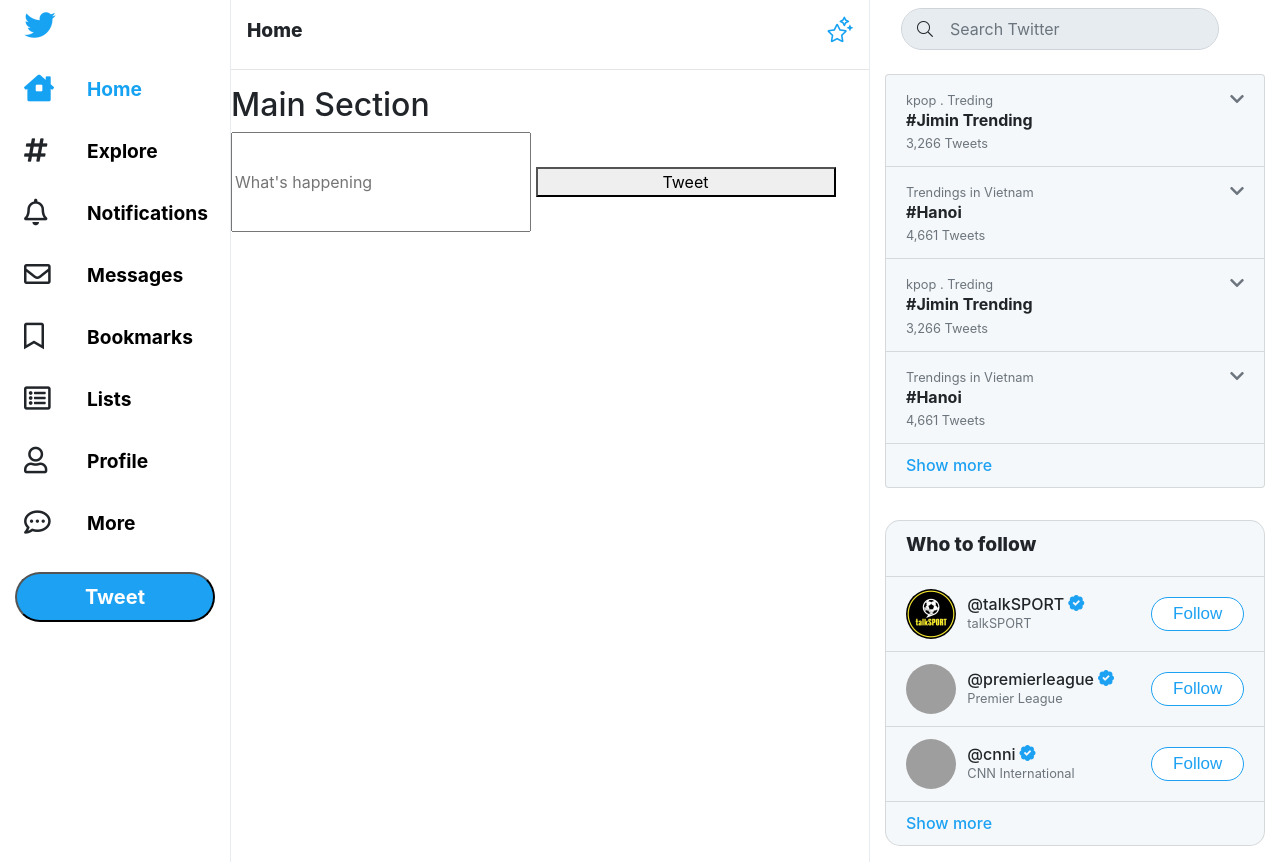
Repository: tts2610/Twitter-clone
Page: index.html
The author's editor kept a copy of each file at every save. The page is drawn from the files as they stood at one save, then again after the next save.
The browser window is 1280 px wide. The pictures show the whole page.
Pictures or frames that could not be fetched are drawn as grey boxes.

Above is the page before, as saved 2020-05-23 15:55:28.

### index.html
<!DOCTYPE html>
<html lang="en">

<head>
    <meta charset="UTF-8">
    <!-- <meta name="viewport" content="width=device-width, initial-scale=1.0"> -->
    <title>Document</title>
    <link rel="stylesheet" href="css/style.css">
    <!-- Latest compiled and minified CSS -->
    <link rel="stylesheet" href="https://maxcdn.bootstrapcdn.com/bootstrap/4.5.0/css/bootstrap.min.css">

    <!-- jQuery library -->
    <script src="https://ajax.googleapis.com/ajax/libs/jquery/3.5.1/jquery.min.js"></script>

    <!-- Popper JS -->
    <script src="https://cdnjs.cloudflare.com/ajax/libs/popper.js/1.16.0/umd/popper.min.js"></script>

    <!-- Latest compiled JavaScript -->
    <script src="https://maxcdn.bootstrapcdn.com/bootstrap/4.5.0/js/bootstrap.min.js"></script>

    <!-- <link rel="stylesheet" crossorigin="anonymous" href="https://use.fontawesome.com/releases/v5.6.3/css/all.css" integrity="sha384-UHRtZLI+pbxtHCWp1t77Bi1L4ZtiqrqD80Kn4Z8NTSRyMA2Fd33n5dQ8lWUE00s/" /> -->
    <link rel="stylesheet" href="css/all.css">

</head>


<body>
    <div class="container" style="width: 100%;">
        <div class="row">
            <div class="col-3 pr-5">
                <div class="row">
                    <div class="col"><img src="/img/twt-logo1.png" alt="twitter-logo" width="50" height="50"></div>
                </div>
                <div class="row my-3">
                    <div id="outerMenuContainer" style="color: #16a2f2;">
                        <div class="col-2 mr-4 py-2 px-4" style="font-size: 20px;"><i class="fas fa-house fa-lg"></i></div>
                        <div class="col-10 py-2" style="margin-right: 0px;padding-right: 0px;font-weight: 700;font-size: larger;"> <a href="#Home" style="color: #16a2f2;">Home</a></div>
                    </div>

                </div>
                <div class="row my-3">
                    <div id="outerMenuContainer">
                        <div class="col-2 mr-4 py-2 px-4" style="font-size: 20px;"><i class="fas fa-hashtag fa-lg"></i></div>
                        <div class="col-10" style="margin-right: 0px;padding-right: 0px;font-weight: 700;font-size: larger;"><a href="#services">Explore</a></div>

                    </div>
                </div>
                <div class="row my-3">
                    <div id="outerMenuContainer">
                        <div class="col-2 mr-4 py-2 px-4" style="font-size: 20px;"><i class="far fa-bell fa-lg"></i></div>
                        <div class="col-10" style="margin-right: 0px;padding-right: 0px;font-weight: 700;font-size: larger;"><a href="#clients">Notifications</a></div>

                    </div>
                </div>
                <div class="row my-3">
                    <div id="outerMenuContainer">
                        <div class="col-2 mr-4 py-2 px-4" style="font-size: 20px;"><i class="far fa-envelope fa-lg"></i></div>
                        <div class="col-10" style="margin-right: 0px;padding-right: 0px;font-weight: 700;font-size: larger;"><a href="#contact">Messages</a></div>
                    </div>
                </div>
                <div class="row my-3">
                    <div id="outerMenuContainer">
                        <div class="col-2 mr-4 py-2 px-4" style="font-size: 20px;"><i class="far fa-bookmark fa-lg"></i></div>
                        <div class="col-10" style="margin-right: 0px;padding-right: 0px;font-weight: 700;font-size: larger;"><a href="#clients">Bookmarks</a></div>
                    </div>
                </div>
                <div class="row my-3">
                    <div id="outerMenuContainer">
                        <div class="col-2 mr-4 py-2 px-4" style="font-size: 20px;"><i class="far fa-list-alt fa-lg"></i></div>
                        <div class="col-10" style="margin-right: 0px;padding-right: 0px;font-weight: 700;font-size: larger;"><a href="#contact">Lists</a></div>
                    </div>
                </div>
                <div class="row my-3">
                    <div id="outerMenuContainer">
                        <div class="col-2 mr-4 py-2 px-4" style="font-size: 20px;"><i class="far fa-user fa-lg"></i></div>
                        <div class="col-10" style="margin-right: 0px;padding-right: 0px;font-weight: 700;font-size: larger;"><a href="#clients">Profile</a></div>
                    </div>
                </div>
                <div class="row my-3">
                    <div id="outerMenuContainer">
                        <div class="col-2 mr-4 py-2 px-4" style="font-size: 20px;"><i class="far fa-comment-dots fa-lg"></i></div>
                        <div class="col-10" style="margin-right: 0px;padding-right: 0px;font-weight: 700;font-size: larger;"><a href="#contact">More</a></div>
                    </div>
                </div>
                <div class="row my-3">
                    <div class="col"><button class="tweetbtn" href="#">Tweet</button></div>
                </div>
            </div>

            <div class="col-6" style="border-right: #e6ecf0 solid 1px; border-left: #e6ecf0 solid 1px; padding-left: 0px; padding-right: 0px;">
                <nav class="navbar sticky-top navbar-light my-2" id="leftNav">
                    <span>Home</span>
                    <span style="color: #16a2f2;"><i class="fal fa-stars fa-lg"></i></span>
                </nav>
                <hr/>
                <div>
                    <h2>Main Section</h2>
                    <input type="text" id="tweetArea" placeholder="What's happening">
                    <button id="tweetBtn" onclick="post()">Tweet</button>
                    <span id="remain"></span>
                    <div id="content" class="mt-5">
                    </div>



                </div>
            </div>

            <div class="col-3">
                <nav class="navbar sticky-top navbar-light" id="rightNav">
                    <span style="position: absolute;z-index: 100;"><i class="fal fa-search ml-3"></i></span>
                    <div><input class="form-control mr-sm-2 pl-5" type="search" placeholder="Search Twitter" aria-label="Search" id="search"></div>
                </nav>
                <div id="trendings" class="py-3">
                    <ul class="list-group mb-3">
                        <!-- <li class="list-group-item d-flex justify-content-between lh-condensed header" style="border-radius: 15px 15px 0px 0px;" id="trendingHeader">
                            <div>
                                <div class="trends-header">Trends for you</div>
                            </div>
                            <span class="text-muted"><i class="fal fa-cog" style="COLOR: rgba(29,161,242,1.00); font-size: larger;"></i></span>
                        </li> -->
                        <li class="list-group-item d-flex justify-content-between lh-condensed content" id="trending1">
                            <div>
                                <small class="text-muted">Trendings in Vietnam</small>
                                <h6 class="my-0 hashtag">#Hanoi</h6>
                                <small class="text-muted">4,661 Tweets</small>
                            </div>
                            <span class="text-muted"><i class="fas fa-chevron-down"></i></span>
                        </li>
                        <li class="list-group-item d-flex justify-content-between lh-condensed content" id="trending2">
                            <div>
                                <small class="text-muted">kpop . Treding</small>
                                <h6 class="my-0 hashtag">#Jimin Trending</h6>
                                <small class="text-muted">3,266 Tweets</small>
                            </div>
                            <span class="text-muted"><i class="fas fa-chevron-down"></i></span>
                        </li>
                        <li class="list-group-item d-flex justify-content-between lh-condensed content" id="trending3">
                            <div>
                                <small class="text-muted">Trendings in Vietnam</small>
                                <h6 class="my-0 hashtag">#Hanoi</h6>
                                <small class="text-muted">4,661 Tweets</small>
                            </div>
                            <span class="text-muted"><i class="fas fa-chevron-down"></i></span>
                        </li>
                        <li class="list-group-item d-flex justify-content-between lh-condensed content" id="trending4">
                            <div>
                                <small class="text-muted">kpop . Treding</small>
                                <h6 class="my-0 hashtag">#Jimin Trending</h6>
                                <small class="text-muted">3,266 Tweets</small>
                            </div>
                            <span class="text-muted"><i class="fas fa-chevron-down"></i></span>
                        </li>
                        <li class="list-group-item d-flex justify-content-between lh-condensed content" style="border-radius: 0px 0px 15px 15px">
                            <div>
                                <h6 class="my-0"><a href="#" style="COLOR: rgba(29,161,242,1.00); text-decoration: none;">Show more</a></h6>
                            </div>
                        </li>
                    </ul>
                </div>

                <div id="whoToFollow" class="">
                    <ul class="list-group mb-3">
                        <li class="list-group-item d-flex justify-content-between lh-condensed" style="border-radius: 15px 15px 0px 0px;">
                            <div>
                                <h5 class="whoToFollow-header">Who to follow</h5>
                            </div>
                        </li>
                        <li class="list-group-item content">
                            <div class="row">
                                <div class="col-2">
                                    <img src="img/profileImages/talkSport.jpg" id="moreToFollowImg" alt="Avatar">
                                </div>
                                <div class="col-6">
                                    <div style="display: flex;">
                                        <h6 class="my-0 hashtag">@talkSPORT</h6>
                                        <i class="ml-1 fas fa-badge-check"></i>
                                    </div>

                                    <small class="text-muted">talkSPORT</small>

                                </div>
                                <div class="col-4">
                                    <a href="#" class="followBtn">Follow</a>
                                </div>
                            </div>
                        </li>
                        <li class="list-group-item content">
                            <div class="row">
                                <div class="col-2">
                                    <img src="https://d3pc1xvrcw35tl.cloudfront.net/ln/feedImages/643x481/bwpUoL-J_400x400_ckOpi7f_4RVQqqi_ZPjpFJN_cnPYP1e_202004.jpg" id="moreToFollowImg" alt="Avatar">
                                </div>
                                <div class="col-6">
                                    <div style="display: flex;">
                                        <h6 class="my-0 hashtag">@premierleague</h6>
                                        <i class="ml-1 fas fa-badge-check"></i>
                                    </div>

                                    <small class="text-muted">Premier League</small>

                                </div>
                                <div class="col-4">
                                    <a href="#" class="followBtn">Follow</a>
                                </div>
                            </div>
                        </li>
                        <li class="list-group-item content">
                            <div class="row">
                                <div class="col-2">
                                    <img src="https://upload.wikimedia.org/wikipedia/commons/thumb/6/66/CNN_International_logo.svg/1200px-CNN_International_logo.svg.png" id="moreToFollowImg" alt="Avatar">
                                </div>
                                <div class="col-6">
                                    <div style="display: flex;">
                                        <h6 class="my-0 hashtag">@cnni</h6>
                                        <i class="ml-1 fas fa-badge-check"></i>
                                    </div>

                                    <small class="text-muted">CNN International</small>

                                </div>
                                <div class="col-4">
                                    <a href="#" class="followBtn">Follow</a>
                                </div>
                            </div>
                        </li>
                        <li class="list-group-item d-flex justify-content-between lh-condensed content" style="border-radius: 0px 0px 15px 15px">
                            <div>
                                <h6 class="my-0"><a href="#" style="COLOR: rgba(29,161,242,1.00); text-decoration: none;">Show more</a></h6>
                            </div>
                        </li>
                    </ul>
                </div>
            </div>
        </div>
        <!-- END COL-3 -->
    </div>

    <script src="js/script.js"></script>
    <script src="js/moment.js"></script>
</body>

</html>

### css/style.css
* {
    box-sizing: border-box;
}

body {
    font-family: “Helvetica Neue”, Helvetica, Arial, sans-serif;
}


/* body .container {
    max-width: 80%;
    padding-left: 0px;
    padding-right: 0px;
} */


/* .container {
    width: 60%;
} */

@media (min-width: 1200px) {
    body .container {
        max-width: 100%;
    }
}


/* extra large devices */

@media screen and (min-width: 1800px) {
    body .container {
        max-width: 70%;
    }
}

.container .row .col-3 {
    max-width: 230px;
}

#leftNav {
    display: flex;
    justify-content: space-between;
    font-size: larger;
    font-weight: 800;
    background-color: white;
}

#rightNav {
    min-width: 380px;
    background-color: white;
}

#rightNav .input-group-prepend {
    background-color: white !important;
    color: white !important;
}

#search {
    border-radius: 30px;
    height: 10px;
    padding: 20px;
    position: relative;
    width: 318px;
    background-color: #e6ecf0;
}

.sidenav {
    height: 100%;
    position: fixed;
    z-index: 1;
    top: 0;
    left: 0;
    background-color: rgb(255, 255, 255);
    overflow-x: hidden;
    padding-top: 20px;
    border-right: 1px solid lightgrey;
}

.sidenav a {
    text-decoration: none;
    font-size: 25px;
    color: #000000;
    display: block;
    font-family: system-ui, -apple-system, BlinkMacSystemFont, "Segoe UI", Roboto, Ubuntu, "Helvetica Neue", sans-serif;
    ;
    margin: 5px;
    margin-bottom: 10px;
}

.sidenav a:hover {
    color: #16afdd;
}

.main {
    margin-left: 160px;
    /* Same as the width of the sidenav /
    font-size: 28px; / Increased text to enable scrolling */
    padding: 0px 10px;
}

@media screen and (max-height: 450px) {
    .sidenav {
        padding-top: 15px;
    }
    .sidenav a {
        font-size: 18px;
    }
}

.tweetbtn {
    height: 50px;
    width: 200px;
    border-radius: 40px;
    background-color: rgb(29, 161, 242);
    color: white;
    font-weight: bolder;
    font-size: 20px;
    cursor: pointer;
    margin-left: 0px;
    margin-top: 10px;
}

.tweetbtn:hover {
    background-color: rgba(26, 145, 218);
}

.home {
    display: flex;
}

.explore {
    display: flex;
}

.notifications {
    display: flex;
}

.messages {
    display: flex;
}

.bookmarks {
    display: flex;
}

.lists {
    display: flex;
}

.profile {
    display: flex;
}

.more {
    display: flex;
}


/* Clear floats after the columns */

.row:after {
    content: "";
    display: table;
    clear: both;
}

tr {
    text-align: center;
}

#tweetArea {
    width: 300px;
    height: 100px
}

#tweetBtn {
    margin-top: 10px;
    width: 300px;
}

#trendings {
    min-width: 380px;
}

#trendings .list-group-item {
    background-color: #f5f8fa;
}

#trendings .content {
    cursor: pointer;
}

#trendings .trends-header {
    font-weight: 800;
    font-size: larger;
}

#trendings .content:hover {
    filter: brightness(97%)
}

#trendings ul li .hashtag {
    font-weight: 700;
}

#moreToFollowImg {
    border-radius: 50%;
    width: 50px;
    height: 50px;
}

.fa-badge-check {
    color: rgba(29, 161, 242, 1.00);
}

.followBtn {
    -webkit-border-radius: 20px;
    -moz-border-radius: 20px;
    border-radius: 25px;
    color: #1DA1F2;
    font-family: Arial;
    font-size: 17px;
    font-weight: 200;
    padding: 3px;
    background-color: #FFFFFF;
    border: solid #1DA1F2 1px;
    text-decoration: none;
    /* display: inline-block; */
    cursor: pointer;
    text-align: center;
}

.followBtn:hover {
    color: #1DA1F2;
    background: #CFE7F6;
    border-radius: 25px;
    text-decoration: none;
    opacity: 0.7;
}

#whoToFollow {
    min-width: 380px;
}

#whoToFollow .list-group-item {
    background-color: #f5f8fa;
}

#whoToFollow .content {
    cursor: pointer;
}

#whoToFollow .content:hover {
    filter: brightness(97%)
}

#whoToFollow .row .col-6 {
    display: flex;
    flex-direction: column;
    justify-content: center;
}

#whoToFollow .row .col-6 .hashtag {
    text-overflow: ellipsis;
    white-space: nowrap;
    overflow: hidden;
}

#whoToFollow .row .col-4 {
    display: flex;
    flex-direction: column;
    justify-content: center;
}

#whoToFollow .whoToFollow-header {
    font-weight: 800;
    font-size: larger;
}

h6 {
    font-weight: 700;
}

#content .functionBar {
    display: flex;
    justify-content: space-between;
}

#content .row {
    padding: 30px;
    border: 1px solid lightgrey;
}

#content .row div {
    margin-top: 4px;
}

#outerMenuContainer {
    display: flex;
    flex-direction: row;
    align-items: center;
    width: max-content;
}

#outerMenuContainer:hover {
    color: #1DA1F2 !important;
    background: #CFE7F6;
    border-radius: 25px;
    text-decoration: none;
    opacity: 0.7;
    /* padding: 5px 0px 5px 3px;
    width: max-content; */
}

#outerMenuContainer:hover a {
    color: #1DA1F2 !important;
}

#outerMenuContainer a {
    text-decoration: none;
    color: black;
}

### js/script.js
let tweetArea = document.getElementById("tweetArea");
const MAX_LETTER = 140;

let tweetList = [];




const countLetter = () => {
    let lengthOfSentence = tweetArea.value.length;

    let remain = MAX_LETTER - lengthOfSentence;



    if (remain < 0) {
        //  Disable button after 140 characters
        document.getElementById("tweetBtn").disabled = true;

        document.getElementById("remain").innerHTML = `${remain} left`;
        document.getElementById("remain").style.color = "red";
    } else {
        document.getElementById("remain").innerHTML = `${remain} left`;
        document.getElementById("remain").style.color = "black";
    }
}

const post = () => {

    let myTweet = {
        id: tweetList.length ? tweetList.length : 0,
        title: "Sean",
        logo: "img/profileImages/talkSport.jpg",
        content: "Pro-democracy activists warn that the new legislation could mean “the end of Hong Kong”",
        time: new Date().toISOString(),
        retweet: "6",
        likes: "20",
        comments: "10",
        isTweet: false,
        parent: null,
        hashtag: "@Sean"
    };

    // get value of input text
    let input = tweetArea.value;
    myTweet.content = input;

    tweetList.push(myTweet);
    renderFromList();

}



function deleteAll(id) {
    let index = tweetList.findIndex(element => element.id == id)
    tweetList.splice(index, 1)
    console.log(tweetList)
    renderFromList()
}

function renderFromList() {
    tweetList.sort((a, b) => b.id - a.id);
    let html = tweetList.map(element => {
        return `<div class="row">
        <div class="col-2">
            <img src="${element.logo}" id="moreToFollowImg" alt="Avatar">
        </div>
        <div class="col-10">
            <div>
                <span id="tweetTitle">${element.title}</span>
                <span><i class="ml-1 fas fa-badge-check"></i></span>
                <span>${element.hashtag}</span>
                <span>${moment(element.time).fromNow()}</span>
            </div>
            <div>
                ${element.content}
            </div>
            <div>
                link
            </div>
            <div class="functionBar">
                <i class="fal fa-comment"></i>
                <i class="far fa-retweet" onclick="retweet(${element.id})" style="cursor:pointer;"></i>
                <i class="fal fa-heart"></i>
                <i class="fal fa-upload" onclick="deleteAll(${element.id})"></i>
            </div>
        </div>
    </div>`

    }).join('')
    $('#content').empty();
    $('#content').append(html);
}

function retweet(id) {
    let original = tweetList.find(x => x.id == id);
    let child = {
        id: tweetList.length ? tweetList.length : 0,
        title: "Child",
        logo: "https://d3pc1xvrcw35tl.cloudfront.net/ln/feedImages/643x481/bwpUoL-J_400x400_ckOpi7f_4RVQqqi_ZPjpFJN_cnPYP1e_202004.jpg",
        content: original.content,
        time: "8mins",
        retweet: "6",
        likes: "20",
        comments: "10",
        isTweet: true,
        parent: original.id,
        hashtag: "@Child"
    }

    tweetList.push(child);
    console.log(tweetList);
    renderFromList();
}

function ranking() {
    let items = ['#trending1', '#trending2', '#trending3', '#trending4'];

    let randomItem = items[Math.floor(Math.random() * items.length)];
    var $myLi = $(randomItem)
    var $myUl = $(randomItem).parent();
    var listHeight = $myUl.innerHeight();
    var elemHeight = $myLi.height();
    var elemTop = $myLi.position().top;

    var moveUp = listHeight - (listHeight - elemTop) - 75;
    // var moveDown = elemHeight + 25;
    var moveDown = elemHeight + 25;
    var liId = $myLi.attr("id");
    var liHtml = $myLi.outerHTML();


    $("li").each(function() {
        if ($(this).attr("id") == liId || $(this).attr("id") == "trendingHeader" || $myLi.is(':first-child')) {
            return false;
        }
        $(this).animate({
            "top": '+=' + moveDown
        }, 1000);
        $myLi.animate({
            "top": '-=' + moveUp
        }, 1000, function() {
            $myLi.remove();
            var oldHtml = $myUl.html();

            $myUl.html(liHtml + oldHtml);
            $myUl.children("li").attr("style", "");
        });
    });


    setTimeout(ranking, 2000);
}

$(document).ready(function() {
    tweetArea.addEventListener("input", countLetter);
    $.fn.outerHTML = function() {
        return $(this).clone().wrap('<div></div>').parent().html();
    }
    setTimeout(ranking, 2000);
})



// var aPost = {
//   name: "Hugo",
//   logo: "mylogo.png",
//   time: "8mins",
//   retweet: "6",
//   likes: "20",
//   comments: "10"
// isTweet: true,
// parent:
hastags: ["#teamMember", "#French"]
    // };

// let myList = [aPost,aPost,aPost,aPost]

Loaded but not shown: css/all.css (library); js/moment.js (library)

After the next save:
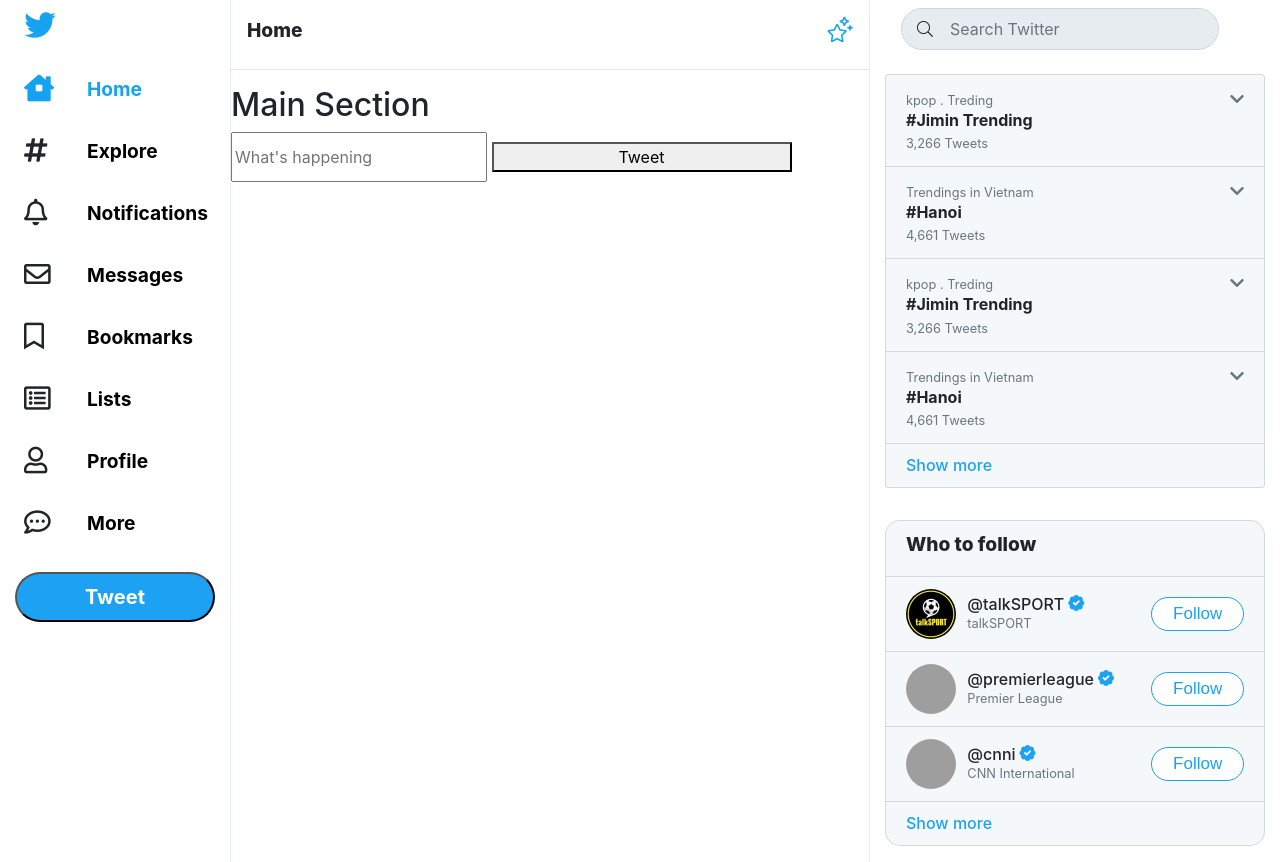
Saved 2 min 52 s later.
--- a/css/style.css
+++ b/css/style.css
@@ -170,8 +170,8 @@
 }
 
 #tweetArea {
-    width: 300px;
-    height: 100px
+    width: max-content;
+    height: 50px;
 }
 
 #tweetBtn {
